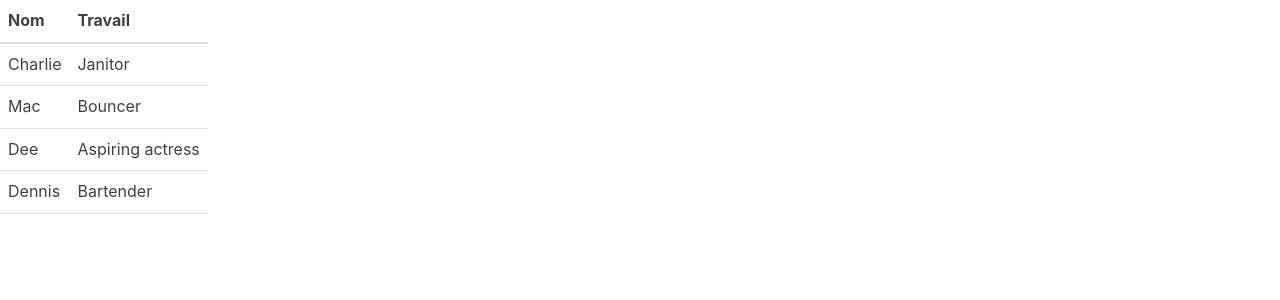
Repository: romgrm/firstAppInReact
Page: /
The author's editor kept a copy of each file at every save. The page is drawn from the files as they stood at one save, then again after the next save.
The browser window is 1280 px wide. The pictures show the whole page.
The project was rebuilt for these pictures with package versions that can differ from the ones it lists, and the page was loaded fresh each time.

Above is the page before, as saved 2020-11-15 18:44:06.

### public/index.html
<!DOCTYPE html>
<html lang="en">
  <head>
    <meta charset="utf-8" />
    <meta name="viewport" content="width=device-width, initial-scale=1, shrink-to-fit=no" />
    <title>React App</title>
  </head>
  <body>
    <noscript>
    </noscript>
    <div id="root"></div>
  </body>
</html>

### src/App.js
import React, { Component } from 'react';
import Table from './Table'

class App extends Component {
    render() {

        const personnages = [
            {
                nom : 'Charlie',
                travail : 'Maçon',
            },
            {
                nom : 'Romain',
                travail : 'Développeur'
            },
            {
                nom : 'Tanguy',
                travail : 'Architecte'
            }
        ]
      return (
        <div className="Container">
          <Table donneePersonnages={personnages}/>
        </div>
      )
    }
  }

  export default App

### src/index.css
/*!
 * Primitive UI | MIT License
 *
 * A minimalist front-end design toolkit built with Sass for developing
 * responsive, browser-consistent web apps.
 *
 * Author: Tania Rascia <hello@taniarascia.com>
 * Source: https://github.com/taniarascia/primitive
 * Documentation: https://taniarascia.github.io/primitive
 */
/**
 * Variables
 *
 * The majority of the configuration for the toolkit.
 */
/*! normalize.css v8.0.1 | MIT License | github.com/necolas/normalize.css */
/* Document
   ========================================================================== */
/**
 * 1. Correct the line height in all browsers.
 * 2. Prevent adjustments of font size after orientation changes in iOS.
 */
 html {
  line-height: 1.15;
  /* 1 */
  -webkit-text-size-adjust: 100%;
  /* 2 */
}

/* Sections
   ========================================================================== */
/**
 * Remove the margin in all browsers.
 */
body {
  margin: 0;
}

/**
 * Render the `main` element consistently in IE.
 */
main {
  display: block;
}

/**
 * Correct the font size and margin on `h1` elements within `section` and
 * `article` contexts in Chrome, Firefox, and Safari.
 */
h1 {
  font-size: 2em;
  margin: 0.67em 0;
}

/* Grouping content
   ========================================================================== */
/**
 * 1. Add the correct box sizing in Firefox.
 * 2. Show the overflow in Edge and IE.
 */
hr {
  box-sizing: content-box;
  /* 1 */
  height: 0;
  /* 1 */
  overflow: visible;
  /* 2 */
}

/**
 * 1. Correct the inheritance and scaling of font size in all browsers.
 * 2. Correct the odd `em` font sizing in all browsers.
 */
pre {
  font-family: monospace, monospace;
  /* 1 */
  font-size: 1em;
  /* 2 */
}

/* Text-level semantics
   ========================================================================== */
/**
 * Remove the gray background on active links in IE 10.
 */
a {
  background-color: transparent;
}

/**
 * 1. Remove the bottom border in Chrome 57-
 * 2. Add the correct text decoration in Chrome, Edge, IE, Opera, and Safari.
 */
abbr[title] {
  border-bottom: none;
  /* 1 */
  text-decoration: underline;
  /* 2 */
  text-decoration: underline dotted;
  /* 2 */
}

/**
 * Add the correct font weight in Chrome, Edge, and Safari.
 */
b,
strong {
  font-weight: bolder;
}

/**
 * 1. Correct the inheritance and scaling of font size in all browsers.
 * 2. Correct the odd `em` font sizing in all browsers.
 */
code,
kbd,
samp {
  font-family: monospace, monospace;
  /* 1 */
  font-size: 1em;
  /* 2 */
}

/**
 * Add the correct font size in all browsers.
 */
small {
  font-size: 80%;
}

/**
 * Prevent `sub` and `sup` elements from affecting the line height in
 * all browsers.
 */
sub,
sup {
  font-size: 75%;
  line-height: 0;
  position: relative;
  vertical-align: baseline;
}

sub {
  bottom: -0.25em;
}

sup {
  top: -0.5em;
}

/* Embedded content
   ========================================================================== */
/**
 * Remove the border on images inside links in IE 10.
 */
img {
  border-style: none;
}

/* Forms
   ========================================================================== */
/**
 * 1. Change the font styles in all browsers.
 * 2. Remove the margin in Firefox and Safari.
 */
button,
input,
optgroup,
select,
textarea {
  font-family: inherit;
  /* 1 */
  font-size: 100%;
  /* 1 */
  line-height: 1.15;
  /* 1 */
  margin: 0;
  /* 2 */
}

/**
 * Show the overflow in IE.
 * 1. Show the overflow in Edge.
 */
button,
input {
  /* 1 */
  overflow: visible;
}

/**
 * Remove the inheritance of text transform in Edge, Firefox, and IE.
 * 1. Remove the inheritance of text transform in Firefox.
 */
button,
select {
  /* 1 */
  text-transform: none;
}

/**
 * Correct the inability to style clickable types in iOS and Safari.
 */
button,
[type='button'],
[type='reset'],
[type='submit'] {
  -webkit-appearance: button;
}

/**
 * Remove the inner border and padding in Firefox.
 */
button::-moz-focus-inner,
[type='button']::-moz-focus-inner,
[type='reset']::-moz-focus-inner,
[type='submit']::-moz-focus-inner {
  border-style: none;
  padding: 0;
}

/**
 * Restore the focus styles unset by the previous rule.
 */
button:-moz-focusring,
[type='button']:-moz-focusring,
[type='reset']:-moz-focusring,
[type='submit']:-moz-focusring {
  outline: 1px dotted ButtonText;
}

/**
 * Correct the padding in Firefox.
 */
fieldset {
  padding: 0.35em 0.75em 0.625em;
}

/**
 * 1. Correct the text wrapping in Edge and IE.
 * 2. Correct the color inheritance from `fieldset` elements in IE.
 * 3. Remove the padding so developers are not caught out when they zero out
 *    `fieldset` elements in all browsers.
 */
legend {
  box-sizing: border-box;
  /* 1 */
  color: inherit;
  /* 2 */
  display: table;
  /* 1 */
  max-width: 100%;
  /* 1 */
  padding: 0;
  /* 3 */
  white-space: normal;
  /* 1 */
}

/**
 * Add the correct vertical alignment in Chrome, Firefox, and Opera.
 */
progress {
  vertical-align: baseline;
}

/**
 * Remove the default vertical scrollbar in IE 10+.
 */
textarea {
  overflow: auto;
}

/**
 * 1. Add the correct box sizing in IE 10.
 * 2. Remove the padding in IE 10.
 */
[type='checkbox'],
[type='radio'] {
  box-sizing: border-box;
  /* 1 */
  padding: 0;
  /* 2 */
}

/**
 * Correct the cursor style of increment and decrement buttons in Chrome.
 */
[type='number']::-webkit-inner-spin-button,
[type='number']::-webkit-outer-spin-button {
  height: auto;
}

/**
 * 1. Correct the odd appearance in Chrome and Safari.
 * 2. Correct the outline style in Safari.
 */
[type='search'] {
  -webkit-appearance: textfield;
  /* 1 */
  outline-offset: -2px;
  /* 2 */
}

/**
 * Remove the inner padding in Chrome and Safari on macOS.
 */
[type='search']::-webkit-search-decoration {
  -webkit-appearance: none;
}

/**
 * 1. Correct the inability to style clickable types in iOS and Safari.
 * 2. Change font properties to `inherit` in Safari.
 */
::-webkit-file-upload-button {
  -webkit-appearance: button;
  /* 1 */
  font: inherit;
  /* 2 */
}

/* Interactive
   ========================================================================== */
/*
 * Add the correct display in Edge, IE 10+, and Firefox.
 */
details {
  display: block;
}

/*
 * Add the correct display in all browsers.
 */
summary {
  display: list-item;
}

/* Misc
   ========================================================================== */
/**
 * Add the correct display in IE 10+.
 */
template {
  display: none;
}

/**
 * Add the correct display in IE 10.
 */
[hidden] {
  display: none;
}

html {
  box-sizing: border-box;
}

*,
*::before,
*::after {
  box-sizing: inherit;
}

figure {
  margin: 0;
}

/**
 * Scaffolding
 */
html {
  -webkit-font-smoothing: antialiased;
  -moz-osx-font-smoothing: grayscale;
  font: normal normal normal 1rem/1.6 -apple-system, BlinkMacSystemFont, Helvetica Neue, Helvetica, Arial, sans-serif;
  font-size: 1rem;
}

body {
  color: #404040;
  background: white;
  font-size: 1rem;
}

p,
ol,
ul,
dl,
table {
  margin: 0 0 1.5rem 0;
}

ul li ul {
  margin-bottom: 0;
}

ol li ol {
  margin-bottom: 0;
}

h1,
h2,
h3,
h4,
h5 {
  margin: 1.5rem 0;
  font-weight: 600;
  font-family: -apple-system, BlinkMacSystemFont, Helvetica Neue, Helvetica, Arial, sans-serif;
  line-height: 1.2;
  color: #404040;
}

h1:not(:first-child),
h2:not(:first-child),
h3:not(:first-child),
h4:not(:first-child),
h5:not(:first-child) {
  margin: 1.5rem 0;
}

h1:not(:first-child),
h2:not(:first-child),
h3:not(:first-child) {
  margin-top: 2rem;
}

h1 {
  font-size: 1.75rem;
}

h2 {
  font-size: 1.5rem;
}

h3 {
  font-size: 1.25rem;
}

h4 {
  font-size: 1.1rem;
}

h5 {
  font-size: 1rem;
}

@media (min-width: 600px) {
  h1:not(:first-child),
  h2:not(:first-child),
  h3:not(:first-child) {
    margin-top: 2.5rem;
  }
  h1 {
    font-size: 2.25rem;
  }
  h2 {
    font-size: 2rem;
  }
  h3 {
    font-size: 1.75rem;
  }
  h4 {
    font-size: 1.5rem;
  }
  h5 {
    font-size: 1.25rem;
  }
}

a {
  color: #0366ee;
  text-decoration: none;
}

a:hover, a:active, a:focus {
  color: #0246a2;
  text-decoration: underline;
}

mark {
  background: #ffeea8;
  padding: 0 0.2rem;
}

blockquote {
  margin: 0 0 1.5rem 0;
  border-left: 16px solid #f0f0f0;
  padding: 0 1.5rem;
  font-size: 1.5rem;
}

blockquote cite {
  display: block;
  margin-top: 1.5rem;
  font-size: 1rem;
  text-align: right;
}

pre {
  border: 0;
  border-radius: 4px;
  background: transparent;
  padding: 1rem;
  tab-size: 2;
  color: #404040;
  font-family: Menlo, monospace;
  font-size: 14px;
  margin: 0 0 1.5rem 0;
}

pre code {
  font-family: Menlo, monospace;
  line-height: 1.2;
}

kbd {
  background-color: #f7f7f7;
  border: 1px solid #ccc;
  border-radius: 3px;
  box-shadow: 0 1px 0 rgba(0, 0, 0, 0.2), 0 0 0 2px #fff inset;
  color: #333;
  display: inline-block;
  font-family: Helvetica, Arial, sans-serif;
  font-size: 13px;
  line-height: 1.4;
  margin: 0 0.1em;
  padding: 0.1em 0.6em;
  text-shadow: 0 1px 0 #fff;
}

:not(pre) > code {
  color: #404040;
  background: transparent;
  font-family: Menlo, monospace;
  font-size: 14px;
  padding: 0 0.2rem;
  border: 1px solid #dedede;
  border-radius: 4px;
}

hr {
  height: 0;
  border: 0;
  border-top: 1px solid #dedede;
}

dt {
  font-weight: 600;
}

dd {
  margin-bottom: 0.5rem;
}

.full-container {
  max-width: 100%;
  padding: 0 1rem;
}

.container, .small-container, .medium-container {
  max-width: 1200px;
  padding: 0 1rem;
  margin-left: auto;
  margin-right: auto;
}

.small-container {
  max-width: 800px;
}

.medium-container {
  max-width: 1000px;
}

.content-section {
  padding: 30px 0;
}

@media (min-width: 600px) {
  .content-section {
    padding: 60px 0;
  }
}

/**
 * Grid
 */
.flex-small,
.flex-large {
  padding-left: 1rem;
  padding-right: 1rem;
}

.flex-row {
  margin-left: -1rem;
  margin-right: -1rem;
}

.flex-row {
  display: flex;
  flex-direction: row;
  flex-wrap: wrap;
}

.flex-small,
.flex-large {
  flex-basis: 100%;
  margin-bottom: 1rem;
}

/* Small screen breakpoint */
@media (min-width: 600px) {
  .flex-small {
    flex: 1;
    margin-bottom: 0;
  }
  .flex-small.half {
    flex: 0 0 calc(1 / 2 * 100%);
  }
  .flex-small.one-fourth {
    flex: 0 0 calc(1 / 4 * 100%);
  }
  .flex-small.three-fourths {
    flex: 0 0 calc(3 / 4 * 100%);
  }
  .flex-small.one-third {
    flex: 0 0 calc(1 / 3 * 100%);
  }
  .flex-small.two-thirds {
    flex: 0 0 calc(2 / 3 * 100%);
  }
}

/* Large screen breakpoint */
@media (min-width: 1000px) {
  .flex-large {
    flex: 1;
    margin-bottom: 0;
  }
  .flex-large.half {
    flex: 0 0 calc(1 / 2 * 100%);
  }
  .flex-large.one-fourth {
    flex: 0 0 calc(1 / 4 * 100%);
  }
  .flex-large.three-fourths {
    flex: 0 0 calc(3 / 4 * 100%);
  }
  .flex-large.one-third {
    flex: 0 0 calc(1 / 3 * 100%);
  }
  .flex-large.two-thirds {
    flex: 0 0 calc(2 / 3 * 100%);
  }
}

/**
 * Helpers
 */
.clearfix::before,
.clearfix::after {
  content: ' ';
  display: block;
}

.clearfix:after {
  clear: both;
}

.text-left {
  text-align: left;
}

.text-right {
  text-align: right;
}

.text-center {
  text-align: center;
}

.text-justify {
  text-align: justify;
}

.block {
  display: block;
}

.inline-block {
  display: inline-block;
}

.inline {
  display: inline;
}

.vertical-center {
  display: flex;
  align-items: center;
  justify-content: center;
}

.responsive-image {
  max-width: 100%;
  height: auto;
}

.show {
  display: block !important;
}

.hide {
  display: none !important;
}

.invisible {
  visibility: hidden;
}

.no-padding-top {
  padding-top: 0;
}

.no-padding-bottom {
  padding-bottom: 0;
}

.padding-top {
  padding-top: 2rem;
}

.padding-bottom {
  padding-bottom: 2rem;
}

.no-margin-top {
  margin-top: 0;
}

.no-margin-bottom {
  margin-bottom: 0;
}

.margin-top {
  margin-top: 2rem;
}

.margin-bottom {
  margin-bottom: 2rem;
}

.alternate-background {
  background: #fafafa;
  color: #404040;
}

.space-between {
  justify-content: space-between;
}

.justify-center {
  justify-content: center;
}

.align-center {
  align-items: center;
}

.screen-reader-text {
  clip: rect(1px, 1px, 1px, 1px);
  position: absolute !important;
  height: 1px;
  width: 1px;
  overflow: hidden;
}

/**
 * Buttons
 */
.button, a.button, button, [type=submit], [type=reset], [type=button] {
  -webkit-appearance: none;
  display: inline-block;
  border: 1px solid #0366ee;
  border-radius: 4px;
  background: #0366ee;
  color: #ffffff;
  font-weight: 600;
  font-family: -apple-system, BlinkMacSystemFont, Helvetica Neue, Helvetica, Arial, sans-serif;
  font-size: 1rem;
  text-transform: none;
  padding: 0.75rem 1.25rem;
  margin: 0 0 0.5rem 0;
  vertical-align: middle;
  text-align: center;
  cursor: pointer;
  text-decoration: none;
  line-height: 1;
}

.button:hover, a.button:hover, button:hover, [type=submit]:hover, [type=reset]:hover, [type=button]:hover {
  border: 1px solid #0250bc;
  background: #0250bc;
  color: #ffffff;
  text-decoration: none;
}

.button:focus, .button:active, a.button:focus, a.button:active, button:focus, button:active, [type=submit]:focus, [type=submit]:active, [type=reset]:focus, [type=reset]:active, [type=button]:focus, [type=button]:active {
  border: 1px solid #0250bc;
  background: #0250bc;
  color: #ffffff;
  text-decoration: none;
}

.button::-moz-focus-inner, a.button::-moz-focus-inner, button::-moz-focus-inner, [type=submit]::-moz-focus-inner, [type=reset]::-moz-focus-inner, [type=button]::-moz-focus-inner {
  border: 0;
  padding: 0;
}

.accent-button,
a.accent-button {
  color: #ffffff;
  border: 1px solid #29de7d;
  background: #29de7d;
}

.accent-button:hover, .accent-button:focus, .accent-button:active,
a.accent-button:hover,
a.accent-button:focus,
a.accent-button:active {
  color: #ffffff;
  border: 1px solid #1cb864;
  background: #1cb864;
}

.muted-button,
a.muted-button {
  background: transparent;
  border: 1px solid #cdcdcd;
  color: #4e4e4e;
}

.muted-button:hover, .muted-button:focus, .muted-button:active,
a.muted-button:hover,
a.muted-button:focus,
a.muted-button:active {
  color: #4e4e4e;
  border: 1px solid #818181;
  background: transparent;
}

.round-button,
a.round-button {
  border-radius: 40px;
}

.square-button,
a.square-button {
  border-radius: 0;
}

.full-button,
a.full-button {
  display: block;
  width: 100%;
}

/**
 * Forms
 */
[type=color], [type=date], [type=datetime], [type=datetime-local], [type=email], [type=month], [type=number], [type=password], [type=search], [type=tel], [type=text], [type=url], [type=week], [type=time], select, textarea {
  display: block;
  border: 1px solid #dedede;
  border-radius: 4px;
  padding: 0.75rem;
  outline: none;
  background: transparent;
  margin-bottom: 0.5rem;
  font-size: 1rem;
  width: 100%;
  max-width: 100%;
  line-height: 1;
}

[type=color]:hover, [type=date]:hover, [type=datetime]:hover, [type=datetime-local]:hover, [type=email]:hover, [type=month]:hover, [type=number]:hover, [type=password]:hover, [type=search]:hover, [type=tel]:hover, [type=text]:hover, [type=url]:hover, [type=week]:hover, [type=time]:hover, select:hover, textarea:hover {
  border: 1px solid #c5c5c5;
}

[type=color]:focus, [type=color]:active, [type=date]:focus, [type=date]:active, [type=datetime]:focus, [type=datetime]:active, [type=datetime-local]:focus, [type=datetime-local]:active, [type=email]:focus, [type=email]:active, [type=month]:focus, [type=month]:active, [type=number]:focus, [type=number]:active, [type=password]:focus, [type=password]:active, [type=search]:focus, [type=search]:active, [type=tel]:focus, [type=tel]:active, [type=text]:focus, [type=text]:active, [type=url]:focus, [type=url]:active, [type=week]:focus, [type=week]:active, [type=time]:focus, [type=time]:active, select:focus, select:active, textarea:focus, textarea:active {
  border: 1px solid #0366ee;
  box-shadow: inset 0 1px 1px rgba(0, 0, 0, 0.1), 0 0 6px #8cbcfe;
}

textarea {
  overflow: auto;
  height: auto;
}

fieldset {
  border: 1px solid #dedede;
  border-radius: 4px;
  padding: 1rem;
  margin: 1.5rem 0;
}

legend {
  padding: 0 0.5rem;
  font-weight: 600;
}

select {
  color: #404040;
  -webkit-appearance: none;
  -moz-appearance: none;
  background: url(data:[embedded picture, 354 characters]) right center no-repeat;
  line-height: 1;
}

select::-ms-expand {
  display: none;
}

[type='range'] {
  width: 100%;
}

label {
  font-weight: 600;
  max-width: 100%;
  display: block;
  margin: 1rem 0 0.5rem;
}

@media (min-width: 600px) {
  .split-form label {
    text-align: right;
    padding: 0 0.5rem;
    margin-bottom: 1rem;
  }
}

input.has-error, input.has-error:hover, input.has-error:focus, input.has-error:active,
select.has-error,
select.has-error:hover,
select.has-error:focus,
select.has-error:active,
textarea.has-error,
textarea.has-error:hover,
textarea.has-error:focus,
textarea.has-error:active {
  border: 1px solid #d33c40;
  box-shadow: inset 0 1px 1px rgba(0, 0, 0, 0.1), 0 0 6px #f4cecf;
}

input.is-success, input.is-success:hover, input.is-success:focus, input.is-success:active,
select.is-success,
select.is-success:hover,
select.is-success:focus,
select.is-success:active,
textarea.is-success,
textarea.is-success:hover,
textarea.is-success:focus,
textarea.is-success:active {
  border: 1px solid #29de7d;
  box-shadow: inset 0 1px 1px rgba(0, 0, 0, 0.1), 0 0 6px #97efc0;
}

::-webkit-input-placeholder,
::-moz-placeholder,
:-moz-placeholder,
:-ms-input-placeholder {
  color: #9a9a9a;
}

/**
 * Tables
 */
table {
  border-collapse: collapse;
  border-spacing: 0;
  width: 100%;
  max-width: 100%;
}

thead th {
  border-bottom: 2px solid #dedede;
}

tfoot th {
  border-top: 2px solid #dedede;
}

td {
  border-bottom: 1px solid #dedede;
}

th,
td {
  text-align: left;
  padding: 0.5rem;
}

caption {
  padding: 1rem 0;
  caption-side: bottom;
  color: #ababab;
}

.striped-table tbody tr:nth-child(odd) {
  background-color: #f8f8f8;
}

.contain-table {
  overflow-x: auto;
}

@media (min-width: 600px) {
  .contain-table {
    width: 100%;
  }
}

/*
 * Navigation
 */
/**
 * Layout
 */

### src/Table.js
import React, {Component} from 'react'

const TableHeader = () => {
    return (
        <thead>
            <tr>
                <th> Nom </th>
                <th> Travail </th>
            </tr>
        </thead>
    )
}

const TableBody = () => {
    return(
        <tbody>
      <tr>
        <td>Charlie</td>
        <td>Janitor</td>
      </tr>
      <tr>
        <td>Mac</td>
        <td>Bouncer</td>
      </tr>
      <tr>
        <td>Dee</td>
        <td>Aspiring actress</td>
      </tr>
      <tr>
        <td>Dennis</td>
        <td>Bartender</td>
      </tr>
    </tbody>
    )
}

class Table extends Component {
    render() {
        return (
            <div>
                <TableHeader />
                <TableBody />
            </div>
        )
    }
}




export default Table

Loaded but not shown: src/index.js (common file)

After the next save:
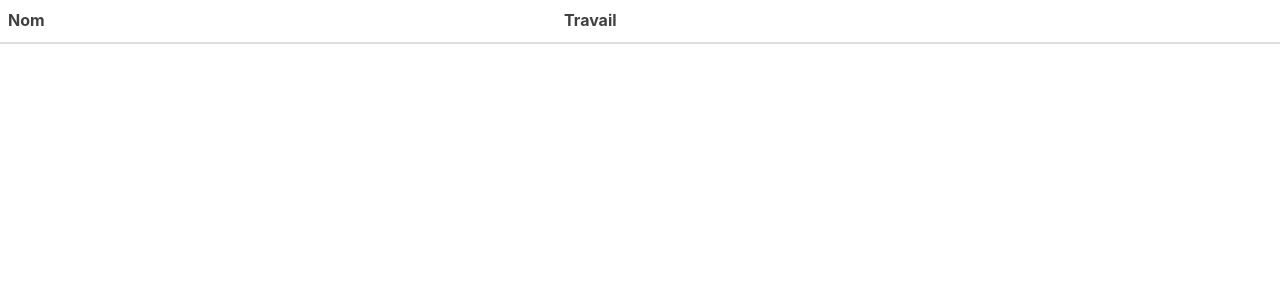
Saved 4 min 43 s later.
--- a/src/Table.js
+++ b/src/Table.js
@@ -14,33 +14,21 @@ const TableHeader = () => {
 const TableBody = () => {
     return(
         <tbody>
-      <tr>
-        <td>Charlie</td>
-        <td>Janitor</td>
-      </tr>
-      <tr>
-        <td>Mac</td>
-        <td>Bouncer</td>
-      </tr>
-      <tr>
-        <td>Dee</td>
-        <td>Aspiring actress</td>
-      </tr>
-      <tr>
-        <td>Dennis</td>
-        <td>Bartender</td>
-      </tr>
+
     </tbody>
     )
 }
 
 class Table extends Component {
     render() {
+
+        const {donneePersonnages} = this.props;
+
         return (
-            <div>
+            <table>
                 <TableHeader />
-                <TableBody />
-            </div>
+                <TableBody donneePersonnages ={donneePersonnages} />
+            </table>
         )
     }
 }
